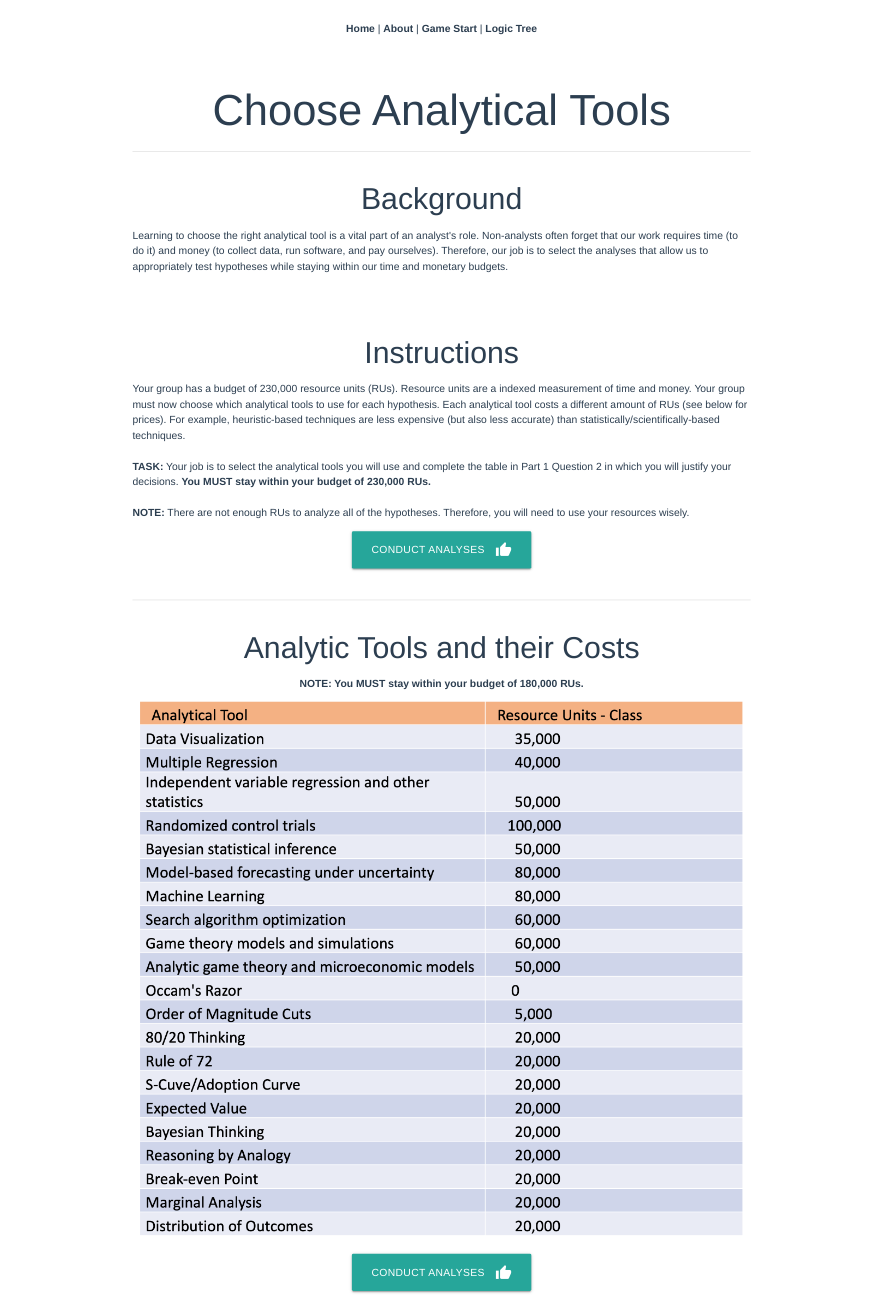
Repository: gallard28/posc4210app
Page: /#/choose_tools
These files come from the project's save history. The page is drawn as it stood at one moment and after the next save; the edit follows.
The browser window is 1280 px wide. The pictures show the whole page, at 69% of full size.
The project was rebuilt for these pictures with package versions that can differ from the ones it lists, and the page was loaded fresh each time. Also part of the build but not shown: src/views/Home.vue, src/views/Start.vue, src/views/Scenario.vue, src/views/Prioritize.vue, src/views/Analyses.vue, src/views/Workplan1.vue, src/views/Workplan2.vue, src/views/Workplan3.vue and 1 more.

Above is the page before, as saved 2020-09-21 10:06:29.

After the next save:
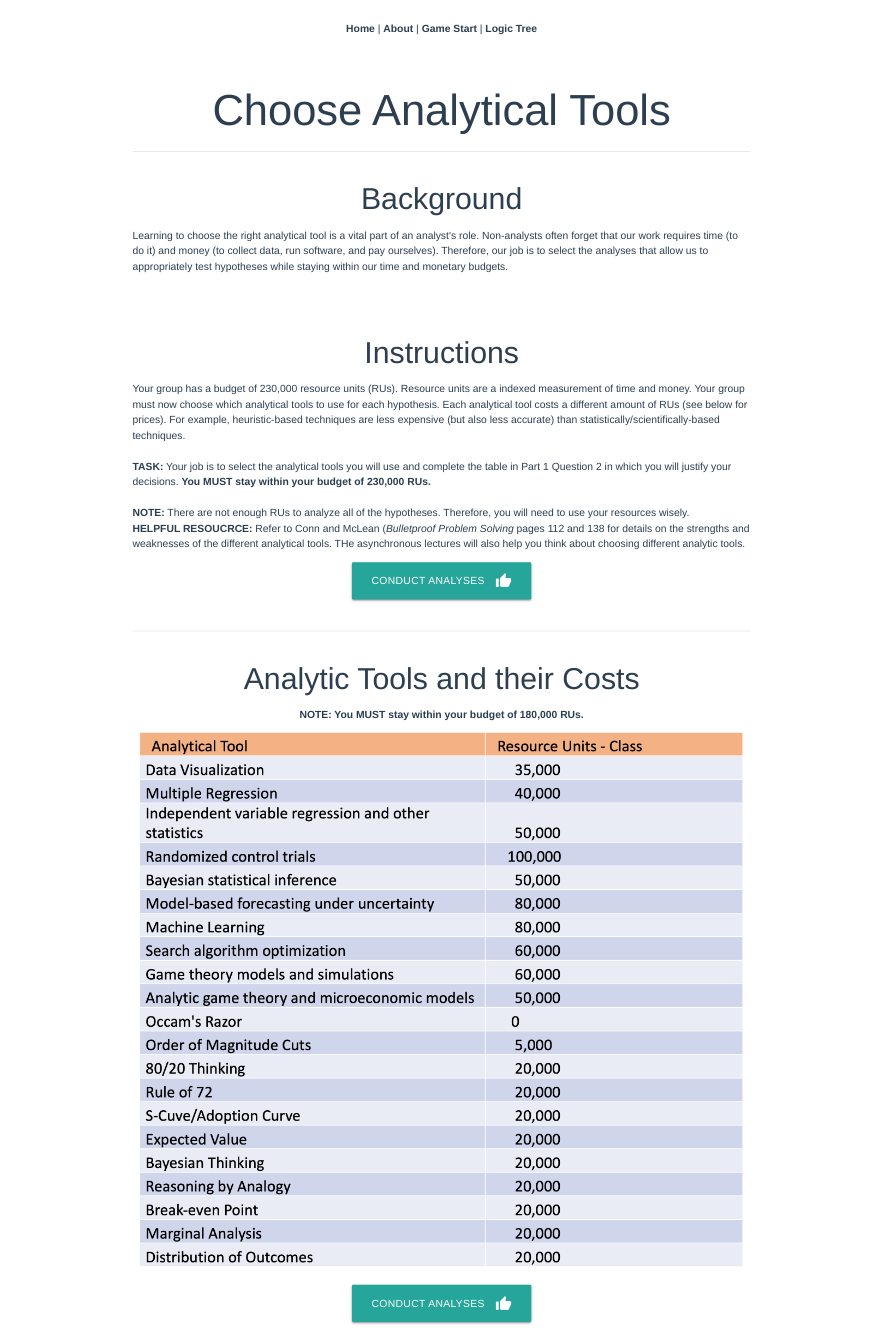
Saved 4 min 41 s later.
--- a/src/views/Choose_tools.vue
+++ b/src/views/Choose_tools.vue
@@ -11,7 +11,10 @@
           <h3>Instructions </h3>
           <p class="left-align">Your group has a budget of 230,000 resource units (RUs). Resource units are a indexed measurement of time and money. Your group must now choose which analytical tools to use for each hypothesis. Each analytical tool costs a different amount of RUs (see below for prices). For example, heuristic-based techniques are less expensive (but also less accurate) than statistically/scientifically-based techniques. <br> <br>
           <b>TASK:</b> Your job is to select the analytical tools you will use and complete the table in Part 1 Question 2 in which you will justify your decisions. <b>You MUST stay within your budget of 230,000 RUs.</b> <br><br>
-          <b>NOTE:</b> There are not enough RUs to analyze all of the hypotheses. Therefore, you will need to use your resources wisely.</p>
+          <b>NOTE:</b> There are not enough RUs to analyze all of the hypotheses. Therefore, you will need to use your resources wisely.
+          <br>
+          <b>HELPFUL RESOUCRCE:</b> Refer to Conn and McLean (<em>Bulletproof Problem Solving</em> pages 112 and 138 for details on the strengths and weaknesses of the different analytical tools. THe asynchronous lectures will also help you think about choosing different analytic tools.
+          </p>
             <div class="start-button">
             <router-link to="/analyses">
               <a class="waves-effect waves-light btn-large">
